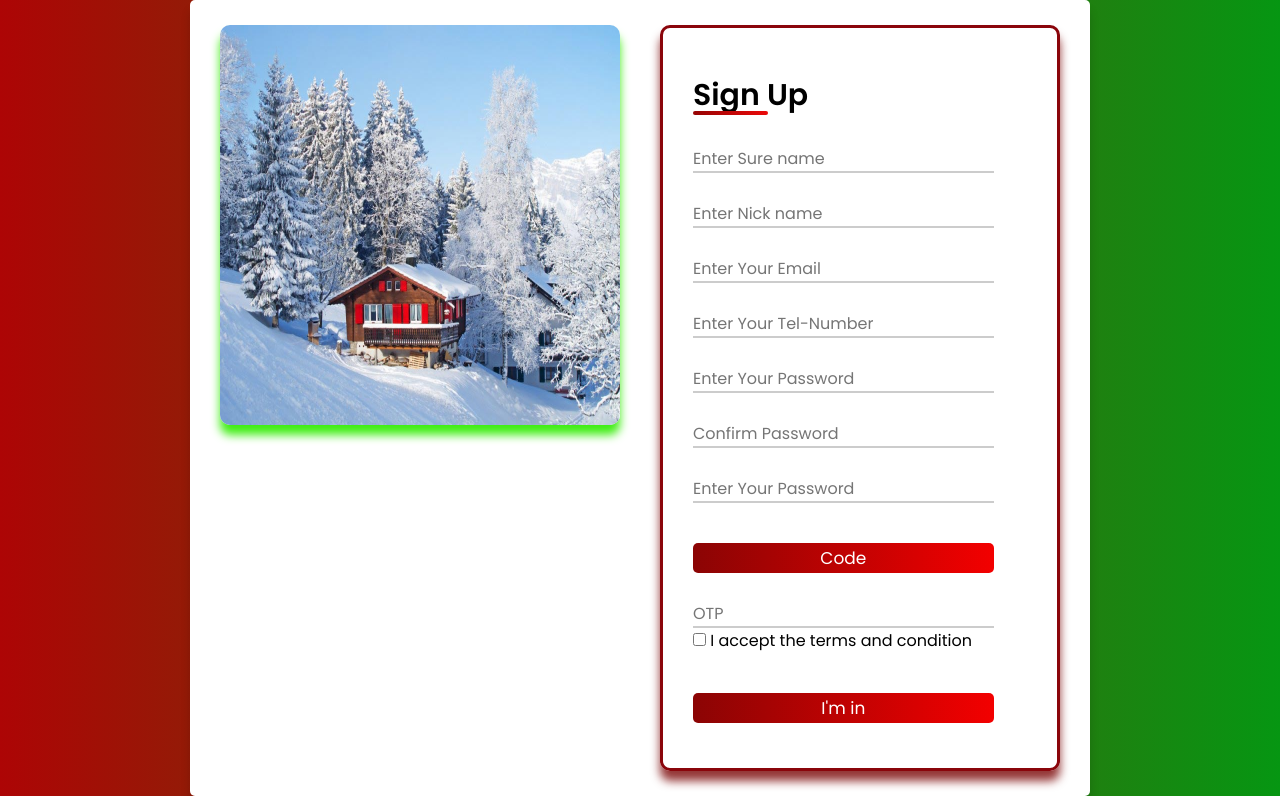
Repository: dev-ashik/Halloween
Page: Reg Page/Index.html
An editor plug-in stored every save of this project. The page is shown before and after the next save, followed by the edit.
The browser window is 1280 px wide. The pictures show the whole page.

Above is the page before, as saved 2021-12-21 22:29:21.

After the next save:
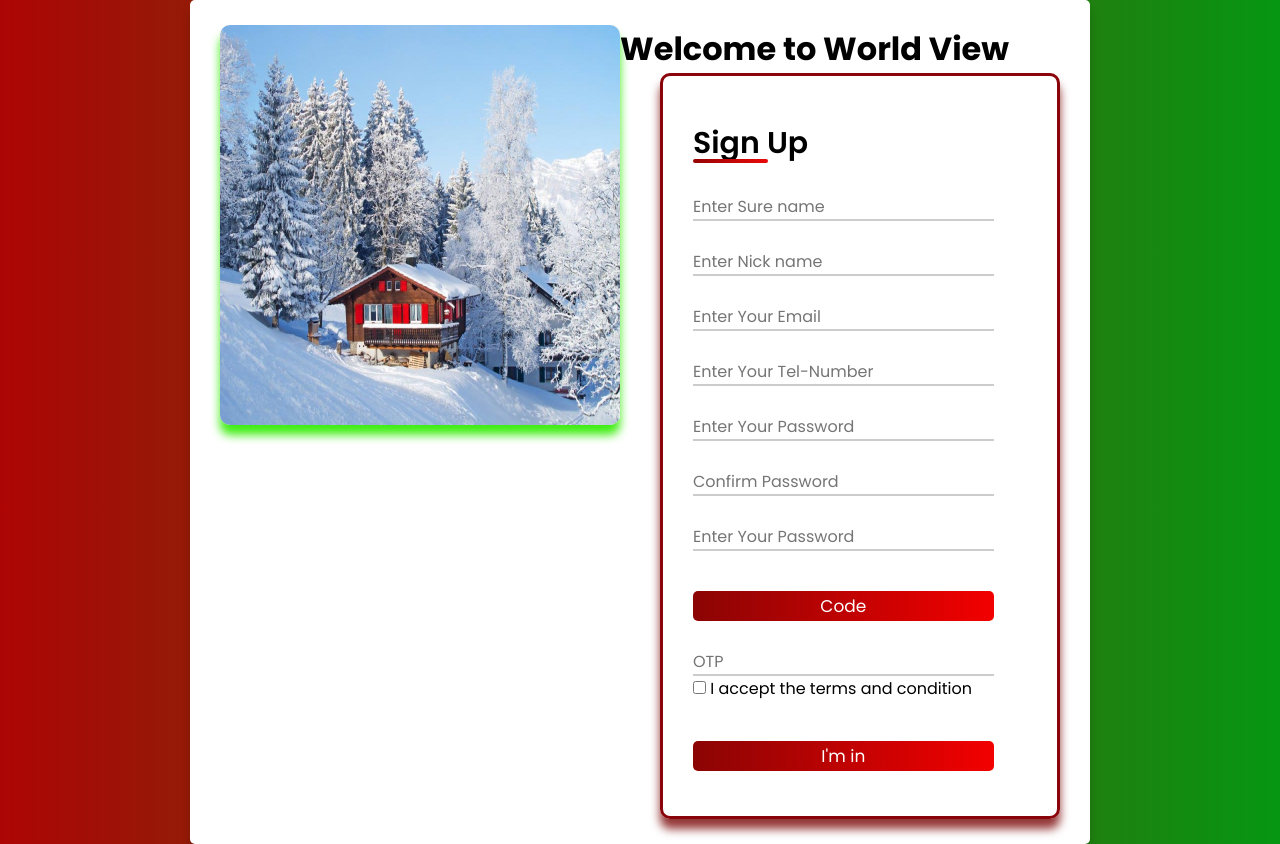
Saved 94 s later.
--- a/Reg Page/Index.html
+++ b/Reg Page/Index.html
@@ -13,6 +13,9 @@
     <div class="con">
         <div class="bann">
             <img src="IMG/banner.jpg" alt="">
+        </div>
+        <div class="txt">
+            <h1>Welcome to World View</h1>
         </div>
         <div class="form">
             <form action="#">
